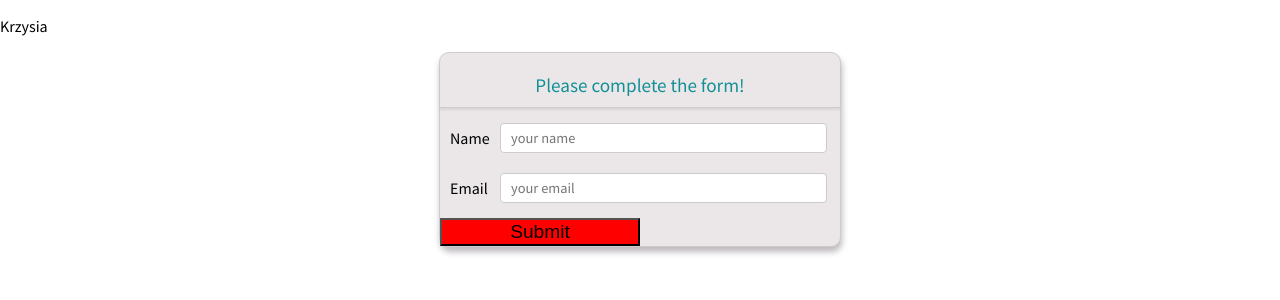
Repository: KrzysKolo/sr_tydzien4_zad2
Page: /
These files come from the project's save history. The page is drawn as it stood at one moment and after the next save; the edit follows.
The browser window is 1280 px wide. The pictures show the whole page.
The project was rebuilt for these pictures with package versions that can differ from the ones it lists, and the page was loaded fresh each time. Also part of the build but not shown: src/components/formComponents/ErrorMessage.js.

Above is the page before, as saved 2020-11-27 17:04:51.

After the next save:
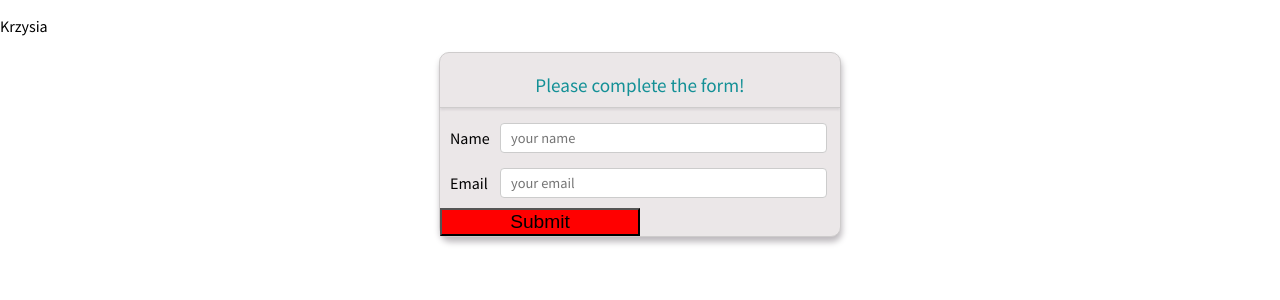
Saved 21 s later.
--- a/src/components/formComponents/Input.js
+++ b/src/components/formComponents/Input.js
@@ -6,7 +6,7 @@ const InputDiv = styled.div`
     flex-direction: row;
     align-content: center;
     margin: 0 auto;
-    padding: 5px 0;
+    padding-top: 5px;
 
 `;
 const InputLabel = styled.label`
